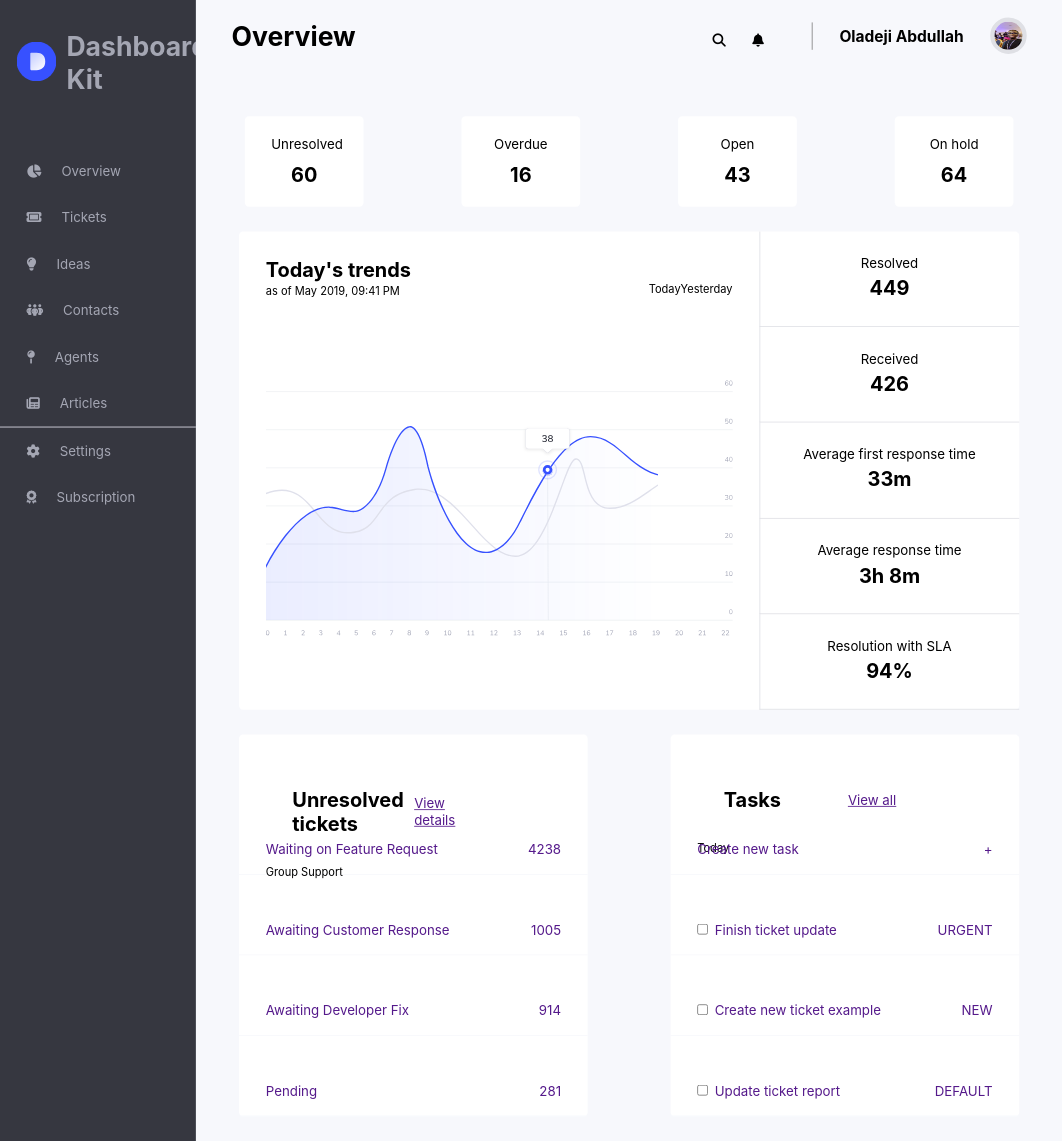
Repository: BuduCE/dashboard
Page: /
These files come from the project's save history. The page is drawn as it stood at one moment and after the next save; the edit follows.
The browser window is 1280 px wide. The pictures show the whole page, at 83% of full size.
Some web libraries are served in a nearby version. The project was rebuilt for these pictures with package versions that can differ from the ones it lists, and the page was loaded fresh each time. Also part of the build but not shown: src/pages/Tickets/index.jsx.

Above is the page before, as saved 2022-08-06 00:07:42.

### public/index.html
<!DOCTYPE html>
<html lang="en">
  <head>
    <meta charset="utf-8" />
    <link rel="icon" href="%PUBLIC_URL%/favicon.ico" />
    <meta name="viewport" content="width=device-width, initial-scale=1" />
    <meta name="theme-color" content="#000000" />
    <meta
      name="description"
      content="Web site created using create-react-app"
    />
    <link rel="apple-touch-icon" href="%PUBLIC_URL%/logo192.png" />
    <!--
      manifest.json provides metadata used when your web app is installed on a
      user's mobile device or desktop. See https://developers.google.com/web/fundamentals/web-app-manifest/
    -->
    <link rel="manifest" href="%PUBLIC_URL%/manifest.json" />
    <!--
      Notice the use of %PUBLIC_URL% in the tags above.
      It will be replaced with the URL of the `public` folder during the build.
      Only files inside the `public` folder can be referenced from the HTML.

      Unlike "/favicon.ico" or "favicon.ico", "%PUBLIC_URL%/favicon.ico" will
      work correctly both with client-side routing and a non-root public URL.
      Learn how to configure a non-root public URL by running `npm run build`.
    -->

    <!-- Font-Awesome  -->
    <link
      rel="stylesheet" href="https://cdnjs.cloudflare.com/ajax/libs/font-awesome/6.1.1/css/all.min.css" integrity="sha512-KfkfwYDsLkIlwQp6LFnl8zNdLGxu9YAA1QvwINks4PhcElQSvqcyVLLD9aMhXd13uQjoXtEKNosOWaZqXgel0g==" crossorigin="anonymous" referrerpolicy="no-referrer"
    />
    <title>Admin Dashboard</title>
  </head>
  <body>
    <noscript>You need to enable JavaScript to run this app.</noscript>
    <div id="root"></div>
    <!--
      This HTML file is a template.
      If you open it directly in the browser, you will see an empty page.

      You can add webfonts, meta tags, or analytics to this file.
      The build step will place the bundled scripts into the <body> tag.

      To begin the development, run `npm start` or `yarn start`.
      To create a production bundle, use `npm run build` or `yarn build`.
    -->
  </body>
</html>

### src/index.css
* {
  margin: 0;
  padding: 0;
  box-sizing: border-box;
}
body {
  margin: 0;
  font-family: -apple-system, BlinkMacSystemFont, 'Segoe UI', 'Roboto', 'Oxygen',
    'Ubuntu', 'Cantarell', 'Fira Sans', 'Droid Sans', 'Helvetica Neue',
    sans-serif;
  -webkit-font-smoothing: antialiased;
  -moz-osx-font-smoothing: grayscale;
  background: rgba(54, 55, 64, 1);
}

code {
  font-family: source-code-pro, Menlo, Monaco, Consolas, 'Courier New',
    monospace;
}

### src/App.js
import './App.css';
// import Overview from './pages/Overview';
// import Header from './components/common/Header';
import Sidenav from './components/common/SideNav';
// import Login from './pages/Login';

function App() {
  return (
    <div className="App">
      <Sidenav />
      {/* <Login /> */}
    </div>
  );
}

export default App;

### src/components/common/SideNav/index.jsx
import React from 'react'
import Overview from '../../../pages/Overview'
import Tickets from '../../../pages/Tickets'
import Header from '../Header'
import Logo from '../Logo'
import './styles.css'

const Sidenav = () => {
  return (
    <div className='dashboard'>
        <div className="navbar">
            <div className="logo">
                <Logo />
                <h1>Dashboard Kit</h1>
            </div>
            <div className="heading">
                <i className='fas fa-chart-pie'></i>
                <p>Overview</p>
            </div>
            <div className="heading">
                <i className='fas fa-ticket'></i>
                <p>Tickets</p>
            </div>
            <div className="heading">
                <i className='fas fa-lightbulb'></i>
                <p>Ideas</p>
            </div>
            <div className="heading">
                <i className='fas fa-people-group'></i>
                <p>Contacts</p>
            </div>
            <div className="heading">
                <i className='fas fa-map-pin'></i>
                <p>Agents</p>
            </div>
            <div className="heading divider">
                <i className='fas fa-newspaper'></i>
                <p>Articles</p>
            </div>
            <div className="heading">
                <i className='fas fa-gear'></i>
                <p>Settings</p>
            </div>
            <div className="heading">
                <i className='fas fa-award'></i>
                <p>Subscription</p>
            </div>

        </div>
        <div className="info">
            {/* <Header /> */}
            <Overview />
            {/* <Tickets /> */}
        </div>
    </div>
  )
}

export default Sidenav

### src/pages/Overview/index.jsx
import React from 'react'
import './styles.css'
import TrendMap from './graph.svg'
import Header from '../../components/common/Header'

const Overview = () => {
  return (
    <>
        <Header />
        <div className='overview_pg'>
            {/* Specific status */}
            <div className="overview_stat">
                <div className="overview_info">
                    <p>Unresolved</p>
                    <h2>60</h2>
                </div>
                <div className="overview_info">
                    <p>Overdue</p>
                    <h2>16</h2>
                </div>
                <div className="overview_info">
                    <p>Open</p>
                    <h2>43</h2>
                </div>
                <div className="overview_info">
                    <p>On hold</p>
                    <h2>64</h2>
                </div>
            </div>

            {/* Today's trend */}
            <div className="trends">
                <div className="trends_head">
                    <div className="trends_headT">
                        <div className="trend_title">
                            <h2>Today's trends</h2>
                        </div>
                        <div className="trend_title_stat">
                            <div className="trend_date">
                                <small>as of May 2019, 09:41 PM</small>
                            </div>
                            <div className="trend_day">
                                <small>Today</small>
                                <small>Yesterday</small>
                            </div>
                        </div>
                    </div>

                    <div className="trends_headB">
                        <img src={TrendMap} alt="Trend Chart" />
                    </div>
                </div>

                <div className="trends_summary">
                    <div className="summary_type">
                        <p>Resolved</p>
                        <h2>449</h2>
                    </div>
                    <div className="summary_type">
                        <p>Received</p>
                        <h2>426</h2>
                    </div>
                    <div className="summary_type">
                        <p>Average first response time</p>
                        <h2>33m</h2>
                    </div>
                    <div className="summary_type">
                        <p>Average response time</p>
                        <h2>3h 8m</h2>
                    </div>
                    <div className="summary_type">
                        <p>Resolution with SLA</p>
                        <h2>94%</h2>
                    </div>
                </div>
            </div>

            <div className="ticket_n_task">
                <div className="ticket">
                    <div className="ticket_head">
                        <div className="ticket_title">
                            <h2>Unresolved tickets</h2>
                            <a href="">View details</a>
                        </div>
                        <small>Group Support</small>
                    </div>
                    <div className="ticket_list">
                        <a href="">
                            <p>Waiting on Feature Request</p>
                            <p>4238</p>
                        </a>
                        <a href="">
                            <p>Awaiting Customer Response</p>
                            <p>1005</p>
                        </a>
                        <a href="">
                            <p>Awaiting Developer Fix</p>
                            <p>914</p>
                        </a>
                        <a href="">
                            <p>Pending</p>
                            <p>281</p>
                        </a>
                    </div>
                </div>

                <div className="task">
                    <div className="ticket_head">
                        <div className="ticket_title">
                            <h2>Tasks</h2>
                            <a href="">View all</a>
                        </div>
                        <small>Today</small>
                    </div>

                    <div className="ticket_list">
                        <a href="">
                            <p>Create new task</p>
                            <p>+</p>
                        </a>
                        <a href="">
                            <div className='task_todo'>
                                <input type="checkbox" name="" id="" />
                                <label htmlFor="">Finish ticket update</label>
                            </div>

                            <p>URGENT</p>
                        </a>
                        <a href="">
                            <div className='task_todo'>
                                <input type="checkbox" name="" id="" />
                                <label htmlFor="">Create new ticket example</label>
                            </div>

                            <p>NEW</p>
                        </a>
                        <a href="">
                            <div className='task_todo'>
                                <input type="checkbox" name="" id="check" />
                                <label htmlFor="">Update ticket report</label>
                            </div>

                            <p>DEFAULT</p>
                        </a>
                    </div>
                </div>
            </div>
        </div>
    </>
  )
}

export default Overview

### src/components/common/Header/index.jsx
import React from 'react'
import './styles.css'
import budu from './budu.jpg'

const Header = () => {
  return (
    <div className='head_er'>
        <div className="headerL">
            <h1>Overview</h1>
        </div>
        <div className="headerR">
            <i className='fas fa-magnifying-glass icon'></i>
            <i className='fas fa-bell icon bell'></i>
            <h3>Oladeji Abdullah</h3>
            <img src={budu} alt="" />
        </div>
    </div>
  )
}

export default Header

### src/components/common/Logo/index.jsx
import React from 'react'
import companyLogo from './logo.svg'

const Logo = () => {
  return (
    <div>
        <img src={companyLogo} alt="" />
    </div>
  )
}

export default Logo

### src/components/common/SideNav/styles.css
.dashboard{
    display: grid;
    grid-template-columns: 1fr 5fr;
}
.navbar{
    padding: 37px 0;
    color: #A4A6B3;
}
.logo{
    display: flex;
    padding: 0 20px;
    padding-bottom: 63px;
    padding-top: 0;
    align-items: center;
}
.logo h1{
    margin-left: 12px;
    width: 8.5rem;
}
.heading{
    width: 100%;
    display: flex;
    padding: 18px 32px;
    align-items: center;
}
.heading p{
    margin-left: 24px;
}
.heading:hover{
    border-left: 1px solid #DDE2FF;
    color: #DDE2FF;
}
.info{
    background: #F7F8FC;
    /* height: 100vh; */
}
.divider{
    border-bottom: 1px solid #DFE0EB;
}

### src/pages/Overview/styles.css
.overview_pg{
    margin-top: 54px;
}
.overview_stat{
    display: grid;
    grid-template-columns: 1fr 1fr 1fr 1fr;
    /* justify-content: space-evenly; */
    width: 100%;
}
.overview_info{
    display: flex;
    flex-direction: column;
    text-align: center;
    /* border: 1px solid; */
    border-radius: 5px;
    padding: 24px 32px;
    background: #fff;
    box-shadow: 15px;
    width: 55%;
    margin: auto;
}
.overview_info:hover{
    color: blue;
    border: 1px blue solid;
}
.overview_info p{
    padding-bottom: 12px;
}

/* trend  */
.trends{
    width: 90%;
    background: #fff;
    margin: auto;
    border-radius: 5px;
    height: 80vh;
    margin-top: 30px;
    display: grid;
    grid-template-columns: 2fr 1fr;
    margin-top: 30px;
}
.trends_head{
    padding: 32px;
}
.trend_title_stat{
    display: flex;
    justify-content: space-between;
}
.trend_day{
    display: flex;
    justify-content: space-evenly;
}
.trends_headB img{
    width: 100%;
    margin-top: 54px;
    height: 55vh;
}

/* summary  */
.trends_summary{
    display: grid;
    grid-template-rows: 1fr 1fr 1fr 1fr 1fr;
}
.summary_type{
    padding: 28px;
    border-left: 1px solid #dfe0e5;
    border-bottom: 1px solid #dfe0e5;
    text-align: center;
}
.summary_type p{
    margin-bottom: 6px;
}

/* Tickets */
.ticket_n_task{
    display: grid;
    grid-template-columns: 1fr 1fr;
    width: 90%;
    margin: auto;
    margin-top: 30px;
    margin-bottom: 30px;
}
.ticket{
    margin-right: 50px;
}
.task{
    margin-left: 50px;
}
.ticket,.task{
    border-radius: 5px;
    background: #fff;
}
.ticket_head{
    padding: 32px;
    margin-bottom: 8px;
    width: 80%;
    height: 10vh;
}
.ticket_title{
    display: flex;
    justify-content: space-between;
    align-items: center;
}
.ticket_list a{
    text-decoration: none;
    display: flex;
    justify-content: space-between;
    align-items: center;
    padding: 20px 32px;
    border-bottom: 1px solid #F7F8FC;
    margin-top: 36px;
    align-items: center;
}
.task_todo{
    align-items: center;
}
.task_todo label{
    margin-left: 8px;
}

### src/pages/Tickets/styles.css
.ticket_pg{
    background: #fff;
    border-radius: 5px;
    height: 96vh;
    width: 95%;
    margin: auto;
    margin-top: 54px;
}
.ticket_title{
    display: flex;
    justify-content: space-between;
    padding: 32px;
}
.titleR, .titleR_icon{
    display: flex;
    justify-content: space-between;
    align-items: center;
    margin-left: 32px;
}
.titleR_icon p{
    margin-left: 8px;
}
/* .tab_head{
    display: grid;
    grid-template-columns: 3fr 2fr 2fr 1fr;
    margin: auto;
    padding: 0 77px 12px 31px;
    border-bottom: 1px solid #dfe0e5;
} */
.tab_info{
    display: grid;
    grid-template-columns: 3fr 2fr 2fr 1fr;
    margin: auto;
    padding: 24px 31px;
    border-bottom: 1px solid #dfe0e5;
}
.tab_info:hover{
    background: #F7F8FC;
}
.info_title{
    display: grid;
    grid-template-columns: 1fr 7fr;
}
.info_title img{
    width: 44px;
    height: 44px;
    border: 5px solid #dfe0e5;
    border-radius: 50%;
}
.ticket_tab{
    margin: auto;
}
.info_status{
    display: flex;
    /* grid-template-columns: 1fr 1fr; */
    justify-content: space-between;
    align-items: center;
}
.info_status button{
    padding: 5px 20px;
    border-radius: 40%;
    background: red;
    color: #fff;
    border: none;
}

### src/components/common/Header/styles.css
.head_er{
    display: flex;
    justify-content: space-between;
    width: 100%;
    height: 10vh;
    padding: 43px 43px;
    align-items: center;
}
.headerR{
    display: flex;
    justify-content: space-between;
    align-items: center;
}
.icon{
    width: 16px;
    height: 16px;
    padding: 5px 24px;
}
.bell{
    padding-right: 72px;
}
.headerR h3{
    padding: 5px 32px;
    border-left: 1px solid grey;
}
.headerR img{
    width: 44px;
    height: 44px;
    border-radius: 50%;
    border: 5px solid #dfe0e5;
}

Loaded but not shown: src/index.js (common file); src/reportWebVitals.js (common file); src/App.css (common file)

After the next save:
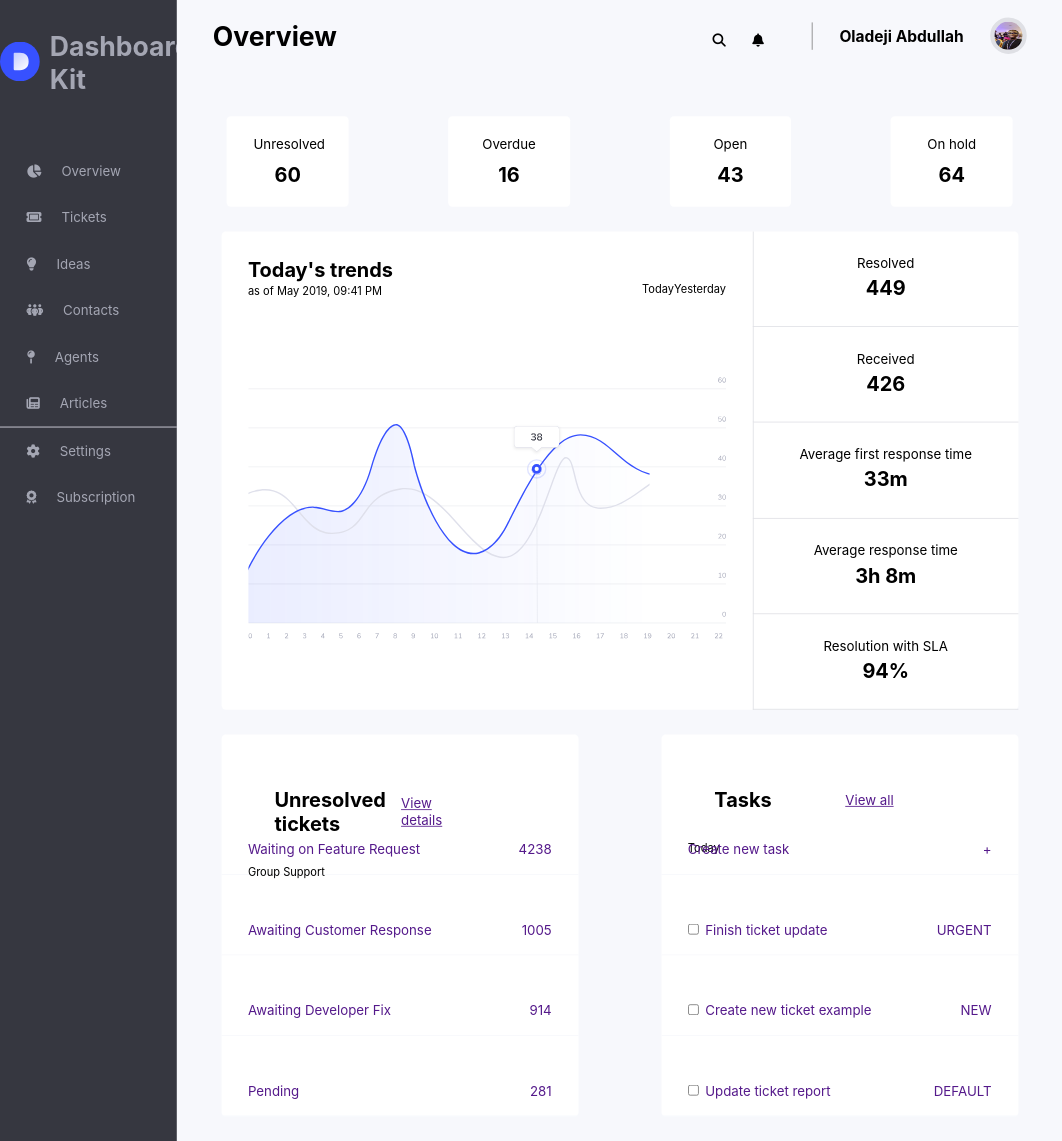
Saved 13 s later.
--- a/src/components/common/SideNav/styles.css
+++ b/src/components/common/SideNav/styles.css
@@ -8,7 +8,7 @@
 }
 .logo{
     display: flex;
-    padding: 0 20px;
+    /* padding: 0 20px; */
     padding-bottom: 63px;
     padding-top: 0;
     align-items: center;
